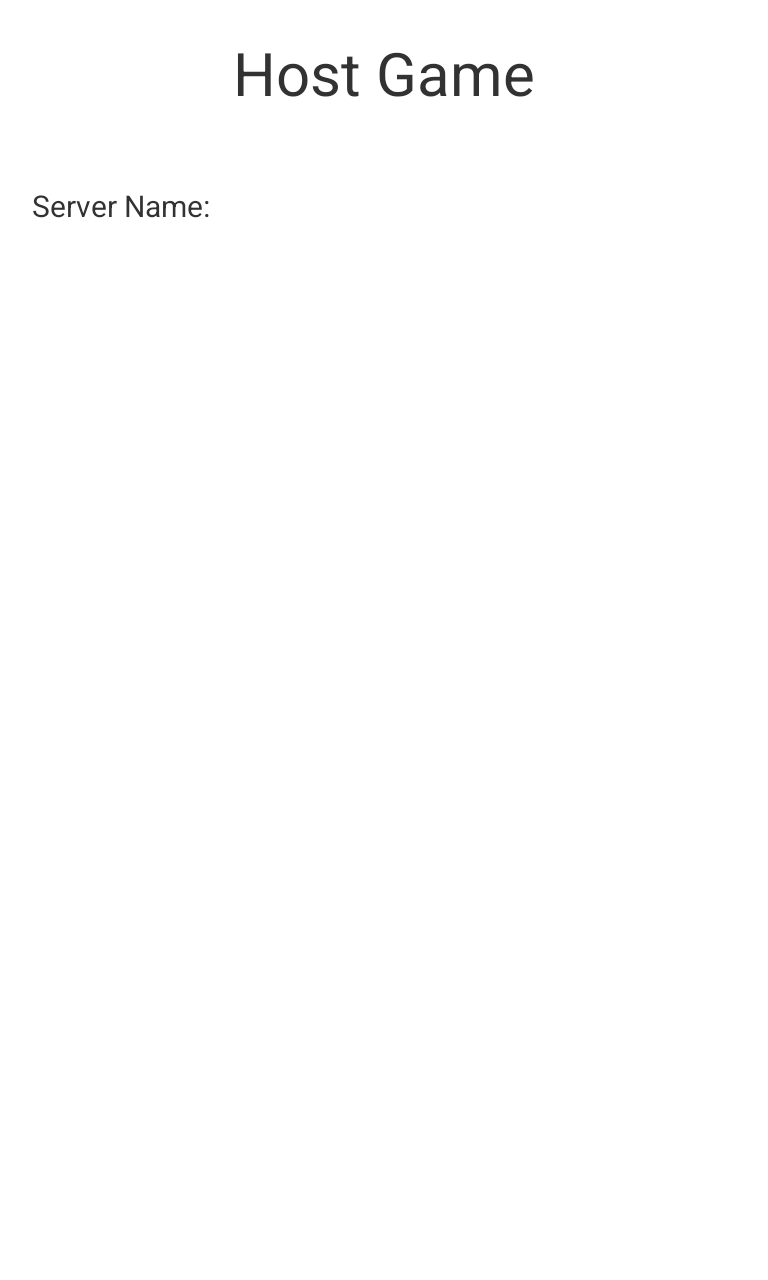
Repository: mfischetti/LaserAppRepository
Layout: workspace/Laser/res/layout/activity_host.xml
These files come from the project's save history. The layout is drawn as it stood at one moment and after the next save; the edit follows.
It is drawn on a 768 x 1280 px phone screen (xhdpi) without system bars, with theme AppTheme; the app's code is not run.

Above is the layout before, as saved 2013-10-01 15:12:03.

### workspace/Laser/res/layout/activity_host.xml
<RelativeLayout xmlns:android="http://schemas.android.com/apk/res/android"
    xmlns:tools="http://schemas.android.com/tools"
    android:layout_width="match_parent"
    android:layout_height="match_parent"
    android:paddingBottom="@dimen/activity_vertical_margin"
    android:paddingLeft="@dimen/activity_horizontal_margin"
    android:paddingRight="@dimen/activity_horizontal_margin"
    android:paddingTop="@dimen/activity_vertical_margin"
    tools:context=".HostActivity" >

    <TextView
        android:id="@+id/title"
        android:layout_width="wrap_content"
        android:layout_height="wrap_content"
        android:layout_alignParentTop="true"
        android:layout_centerHorizontal="true"
        android:text="Host Game"
        android:textSize="30sp" />

    <TextView
        android:id="@+id/name"
        android:layout_width="wrap_content"
        android:layout_height="wrap_content"
        android:layout_below="@+id/title"
        android:layout_marginTop="36dp"
        android:text="Server Name:"
        android:textSize="15sp" />

    <TextView
        android:id="@+id/textView1"
        android:layout_width="wrap_content"
        android:layout_height="wrap_content"
        android:layout_alignRight="@+id/title"
        android:layout_alignTop="@+id/name"
        android:textAppearance="?android:attr/textAppearanceMedium" />

</RelativeLayout>

Loaded but not shown: workspace/Laser/res/values/styles.xml (common file); workspace/Laser/res/values/dimens.xml (common file)

After the next save:
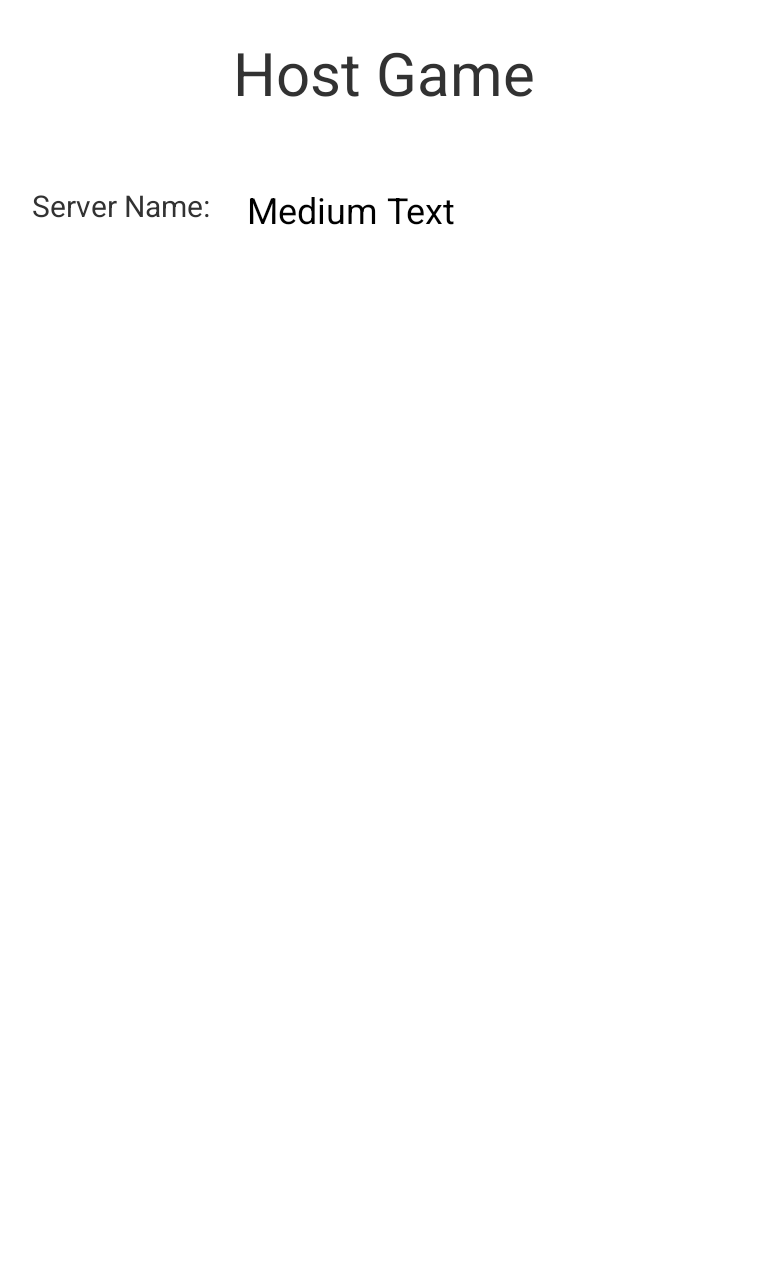
Saved 17 s later.
--- a/workspace/Laser/res/layout/activity_host.xml
+++ b/workspace/Laser/res/layout/activity_host.xml
@@ -30,8 +30,10 @@
         android:id="@+id/textView1"
         android:layout_width="wrap_content"
         android:layout_height="wrap_content"
-        android:layout_alignRight="@+id/title"
         android:layout_alignTop="@+id/name"
+        android:layout_marginLeft="18dp"
+        android:layout_toRightOf="@+id/name"
+        android:text="Medium Text"
         android:textAppearance="?android:attr/textAppearanceMedium" />
 
 </RelativeLayout>
